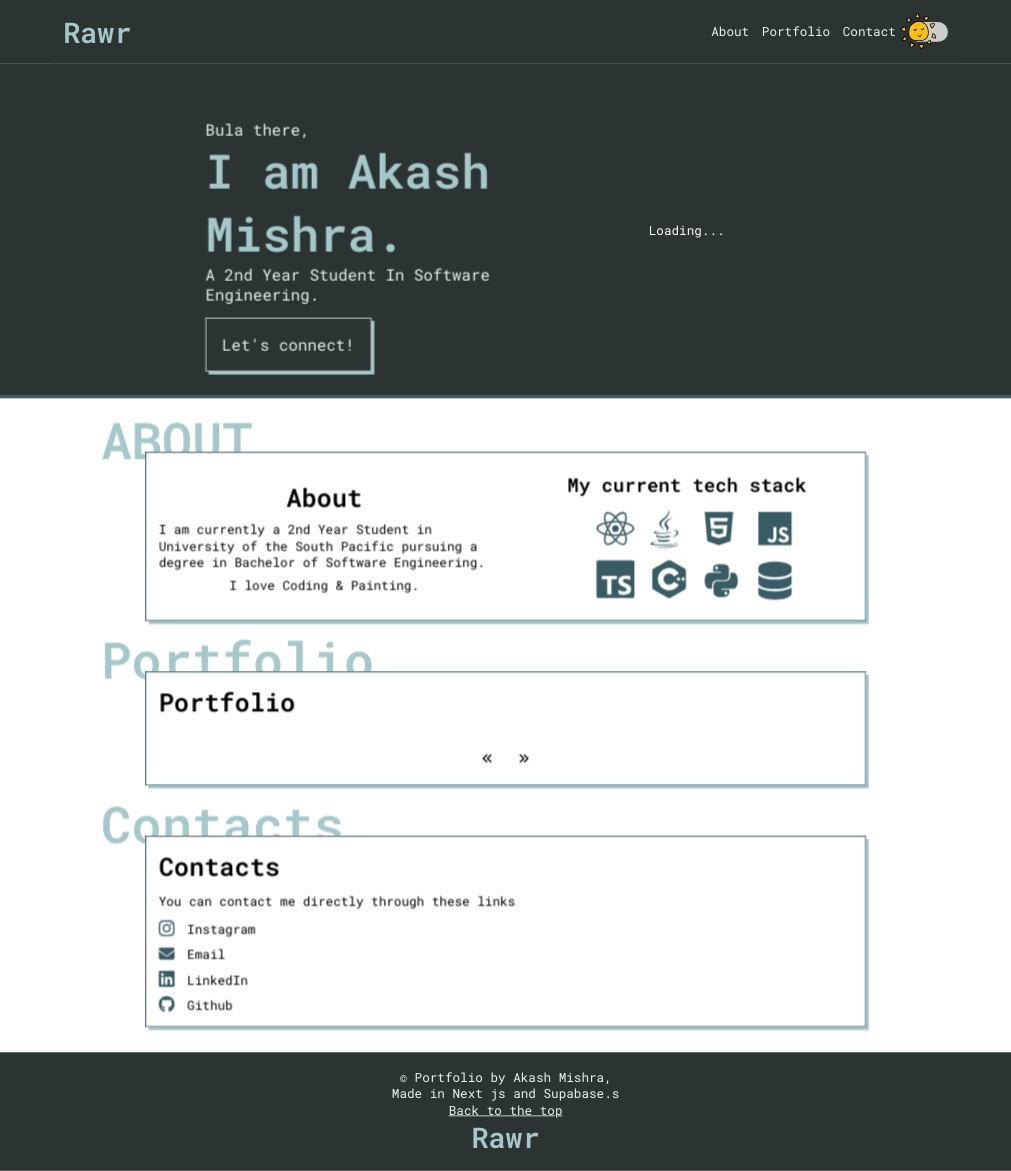
Repository: akashrawr/personal-portfolio
Page: /
These files come from the project's save history. The page is drawn as it stood at one moment and after the next save; the edit follows.
The browser window is 1280 px wide. The pictures show the whole page, at 79% of full size.
The page's requests for data from a server got no answer. The project was rebuilt for these pictures with package versions that can differ from the ones it lists, and the page was loaded fresh each time. The framework's server and built-in components were replaced by stand-ins that run in the browser. No one was signed in, and anything a server would have sent is missing. Also part of the build but not shown: next.config.ts.

Above is the page before, as saved 2025-01-02 21:23:35.

### app/layout.tsx
import type { Metadata } from "next";
import { Geist, Geist_Mono } from "next/font/google";
import "./globals.css";

const geistSans = Geist({
  variable: "--font-geist-sans",
  subsets: ["latin"],
});

const geistMono = Geist_Mono({
  variable: "--font-geist-mono",
  subsets: ["latin"],
});

export const metadata: Metadata = {
  title: "akashrawr",
  description: "Personal Portfolio",
};

export default function RootLayout({
  children,
}: Readonly<{
  children: React.ReactNode;
}>) {
  return (
    <html lang="en" translate="no"> {/* Prevent translation of the entire page */}
      <head>
        <meta charSet="UTF-8" />
        <meta httpEquiv="Content-Language" content="en" /> {/* Explicitly set content language */}
        <meta name="google" content="notranslate" /> {/* Inform Google to not translate */}
        <link rel="icon" href="/rawr.ico" type="image/x-icon" />
        <title>akashrawr</title>
        <meta name="description" content="My Personal Portfolio" />
      </head>
      <body className={`${geistSans.variable} ${geistMono.variable} antialiased`}>
        <div className="notranslate">
          {children}
        </div>
      </body>
    </html>
  );
}

### app/page.tsx
"use client"; // Enables client-side functionality
import React, { useState, useEffect } from "react";
import AOS from "aos";
import "aos/dist/aos.css";
import "./globals.css"; // Import global styles

// Import components
import Header from "./components/Header";
import Hero from "./components/Hero";
import About from "./components/About";
import Portfolio from "./components/Portfolio";
import Contact from "./components/Contact";
import Footer from "./components/Footer";

const Page: React.FC = () => {
  useEffect(() => {
    AOS.init({ once: true, delay: 0 });
  }, []);

  const [isNavVisible, setIsNavVisible] = useState(false);
  const [darkMode, setDarkMode] = useState(false);

  const toggleNav = () => {
    setIsNavVisible(!isNavVisible);
  };

  const toggleDarkMode = () => {
    setDarkMode(!darkMode);
    document.body.classList.toggle("dark-mode", !darkMode);
  };

  return (
    <div>
      <Header
        isNavVisible={isNavVisible}
        toggleNav={toggleNav}
        darkMode={darkMode}
        toggleDarkMode={toggleDarkMode}
      />
      <main>
        <Hero />
        <About />
        <Portfolio />
        <Contact />
      </main>
      <Footer />
    </div>
  );
};

export default Page;

### app/components/Hero.tsx
import React, { useEffect, useState } from 'react';
import supabase from '../utils/supabaseClient';  // Adjust path if in 'utils'
import Image from 'next/image';  // Import Image from next/image

function Hero() {
  const [heroImage, setHeroImage] = useState<string | null>(null);

  useEffect(() => {
    const fetchHeroImage = async () => {
      const { data, error } = await supabase
        .from('hero')  // Table name is 'hero'
        .select('image_path')        // Only selecting 'image_path' column
        .limit(1);                   // Limiting to only one result (first row)

      if (error) {
        console.error('Error fetching hero image:', error);
      } else {
        setHeroImage(data?.[0]?.image_path || null);
      }
    };

    fetchHeroImage();
  }, [supabase]); // Including 'supabase' as a dependency

  return (
    <section id="hero">
      <div className="hero-main-container">
        {/* Text and Button Container */}
        <div className="hero-container">
          <div className="hero-text-container" data-aos="fade-up">
            <p>Bula there,</p>
            <h2>I am Akash Mishra.</h2>
            <p>A 2nd Year Student In Software Engineering.</p>
          </div>
          <a href="#contact" className="hero-button" data-aos="fade-up">
            Let&apos;s connect!
          </a>
        </div>

        {/* Image Container */}
        <div className="hero-img" data-aos="fade-up">
          {heroImage ? (
            <Image
              className="hero-image"
              src={heroImage}
              alt="Akash"
              layout="responsive"
              width={500}
              height={500}
            />
          ) : (
            <p>Loading...</p>
          )}
        </div>
      </div>
    </section>
  );
}

export default Hero;

### app/components/About.tsx
import React from "react";
import { FontAwesomeIcon } from "@fortawesome/react-fontawesome";
import { faReact, faJava, faHtml5, faJs, faPython } from "@fortawesome/free-brands-svg-icons";
import { SiTypescript, SiCplusplus } from "react-icons/si";
import { faDatabase } from "@fortawesome/free-solid-svg-icons";

const About: React.FC = () => {
  return (
    <section id="about">
      <div className="section-highlight" data-aos="fade-up">
        ABOUT
      </div>
      <div className="about-container" data-aos="fade-up">
        <div className="about-card">
          <section className="about-content">
            <h2>About</h2>
            <p>
              I am currently a 2nd Year Student in University of the South Pacific pursuing a
              degree in Bachelor of Software Engineering.
            </p>
            <p>I love Coding & Painting.</p>
          </section>

          <section className="about-content tech-stack-section">
            <h3>My current tech stack</h3>
            <div className="tech-stack-grid">
              <div className="tech-stack">
                <FontAwesomeIcon icon={faReact} className="about-icon" />
              </div>
              <div className="tech-stack">
                <FontAwesomeIcon icon={faJava} className="about-icon" />
              </div>
              <div className="tech-stack">
                <FontAwesomeIcon icon={faHtml5} className="about-icon" />
              </div>
              <div className="tech-stack">
                <FontAwesomeIcon icon={faJs} className="about-icon" />
              </div>
              <div className="tech-stack">
                <SiTypescript className="about-icon ts-icon" />
              </div>
              <div className="tech-stack">
                <SiCplusplus className="about-icon cpp-icon" />
              </div>
              <div className="tech-stack">
                <FontAwesomeIcon icon={faPython} className="about-icon" />
              </div>
              <div className="tech-stack">
                <FontAwesomeIcon icon={faDatabase} className="about-icon" />
              </div>
            </div>
          </section>
        </div>
      </div>
    </section>
  );
};

export default About;

### app/components/Portfolio.tsx
import React, { useEffect, useState } from 'react';
import { FontAwesomeIcon } from '@fortawesome/react-fontawesome';
import { faGithub } from '@fortawesome/free-brands-svg-icons';
import { faLaptopCode, faAngleDoubleRight, faAnglesLeft } from '@fortawesome/free-solid-svg-icons';
import supabase from '../utils/supabaseClient';  // Adjust path if in 'utils'
import Image from 'next/image'; // Import Image from Next.js

type Project = {
  id: number;
  title: string;
  description: string;
  image_path: string;
  repo_link: string;
  live_demo_link?: string | null;
};

function Portfolio() {
  const [projects, setProjects] = useState<Project[]>([]);
  const [currentPage, setCurrentPage] = useState<number>(1);
  const projectsPerPage = 4;

  useEffect(() => {
    const fetchProjects = async () => {
      const { data, error } = await supabase
        .from('portfolio')  // Table name is 'portfolio'
        .select('*')
        .order('id', { ascending: true }); // Fetch data in ascending order by 'id'

      if (error) {
        console.error('Error fetching projects:', error);
      } else {
        // Sort the projects manually to match your custom order
        const customOrder = [5, 4, 3, 2, 1]; // Custom order for IDs
        const sortedProjects = customOrder.map(id => data?.find(project => project.id === id)).filter(Boolean) as Project[];

        setProjects(sortedProjects);
      }
    };

    fetchProjects();
  }, [supabase]);

  // Calculate total pages
  const totalPages = Math.ceil(projects.length / projectsPerPage);

  // Calculate current projects to display
  const indexOfLastProject = currentPage * projectsPerPage;
  const indexOfFirstProject = indexOfLastProject - projectsPerPage;
  const currentProjects = projects.slice(indexOfFirstProject, indexOfLastProject);

  const handleNext = () => {
    setCurrentPage((prevPage) => (prevPage < totalPages ? prevPage + 1 : prevPage));
  };

  const handlePrevious = () => {
    setCurrentPage((prevPage) => (prevPage > 1 ? prevPage - 1 : prevPage));
  };

  const handlePageClick = (page: number) => {
    setCurrentPage(page);
  };

  return (
    <section id="portfolio">
      <div className="section-highlight" data-aos="fade-up">
        Portfolio
      </div>
      <div className="portfolio-container" data-aos="fade-up">
        <div className="portfolio-card">
          <div className="portfolio-content">
            <h2>Portfolio</h2>
            {/* Project Container */}
            <div className="project-container">
              {currentProjects.map((project) => (
                <section className="project-card" key={project.id}>
                  <Image
                    className="project-img"
                    src={project.image_path}
                    alt={project.title}
                    width={500}
                    height={300}
                    loading="lazy" // Enable lazy loading
                  />
                  <h3>{project.title}</h3>
                  <h5>Project Description</h5>
                  <p>{project.description}</p>
                  <div className="project-card-links">
                    <a href={project.repo_link} className="project-link">
                      <FontAwesomeIcon icon={faGithub} className="project-icons" />
                      Repository
                    </a>
                    {/* Only show Live Demo if the link exists */}
                    {project.live_demo_link && project.live_demo_link !== '' && (
                      <a href={project.live_demo_link} className="project-link">
                        <FontAwesomeIcon icon={faLaptopCode} className="project-icons" />
                        Live Demo
                      </a>
                    )}
                  </div>
                </section>
              ))}
            </div>
            {/* End of Project Container */}

            {/* Pagination Controls */}
            <div className="pagination">
              <a
                href="#!"
                onClick={handlePrevious}
                className={currentPage === 1 ? 'disabled' : ''}
              >
                <FontAwesomeIcon icon={faAnglesLeft} />
              </a>
              {[...Array(totalPages)].map((_, index) => (
                <a
                  key={index + 1}
                  href="#!"
                  onClick={() => handlePageClick(index + 1)}
                  className={currentPage === index + 1 ? 'active' : ''}
                >
                  {index + 1}
                </a>
              ))}
              <a
                href="#!"
                onClick={handleNext}
                className={currentPage === totalPages ? 'disabled' : ''}
              >
                <FontAwesomeIcon icon={faAngleDoubleRight} />
              </a>
            </div>
          </div>
        </div>
      </div>
    </section>
  );
}

export default Portfolio;

### app/components/Contact.tsx
import React from "react";
import { FontAwesomeIcon } from "@fortawesome/react-fontawesome";
import { faInstagram, faGithub, faLinkedin } from "@fortawesome/free-brands-svg-icons";
import { faEnvelope } from "@fortawesome/free-solid-svg-icons";

const Contact: React.FC = () => {
  return (
    <section id="contact">
      <h2 className="section-highlight" data-aos="fade-up">
        Contacts
      </h2>
      <div className="contact-container" data-aos="fade-up">
        <div className="contact-card">
          <h2>Contacts</h2>
          <p>You can contact me directly through these links</p>

          <div className="contact-links">
            <a href="https://www.instagram.com/_acnologxa" className="contact-link">
              <FontAwesomeIcon icon={faInstagram} className="contact-icons" />
              Instagram
            </a>

            <a href="mailto:akashkm553@gmail.com" className="contact-link">
              <FontAwesomeIcon icon={faEnvelope} className="contact-icons" />
              Email
            </a>

            <a href="https://www.linkedin.com/in/akashmishra-rawr" className="contact-link">
              <FontAwesomeIcon icon={faLinkedin} className="contact-icons" />
              LinkedIn
            </a>

            <a href="https://github.com/akashrawr" className="contact-link">
              <FontAwesomeIcon icon={faGithub} className="contact-icons" />
              Github
            </a>
          </div>
        </div>
      </div>
    </section>
  );
};

export default Contact;

### app/components/Footer.tsx
import React from 'react';

const Footer: React.FC = () => {
  return (
    <footer>
      <div className="footer-content">
        © Portfolio by Akash Mishra,  <br />
        Made in Next js and Supabase.s <br />
        <a href="#hero">Back to the top</a>
        <div className="nav-logo">
          <h1>Rawr</h1>
        </div>
      </div>
    </footer>
  );
};

export default Footer;

### app/utils/supabaseClient.ts
import { createClient } from '@supabase/supabase-js';

// Fetch environment variables
const supabaseUrl = process.env.NEXT_PUBLIC_SUPABASE_URL || '';
const supabaseKey = process.env.NEXT_PUBLIC_SUPABASE_KEY || '';

// Initialize the Supabase client
const supabase = createClient(supabaseUrl, supabaseKey);

export default supabase;

Loaded but not shown: app/globals.css (891 lines, source omitted); app/components/Header.tsx (67 lines, source omitted)

After the next save:
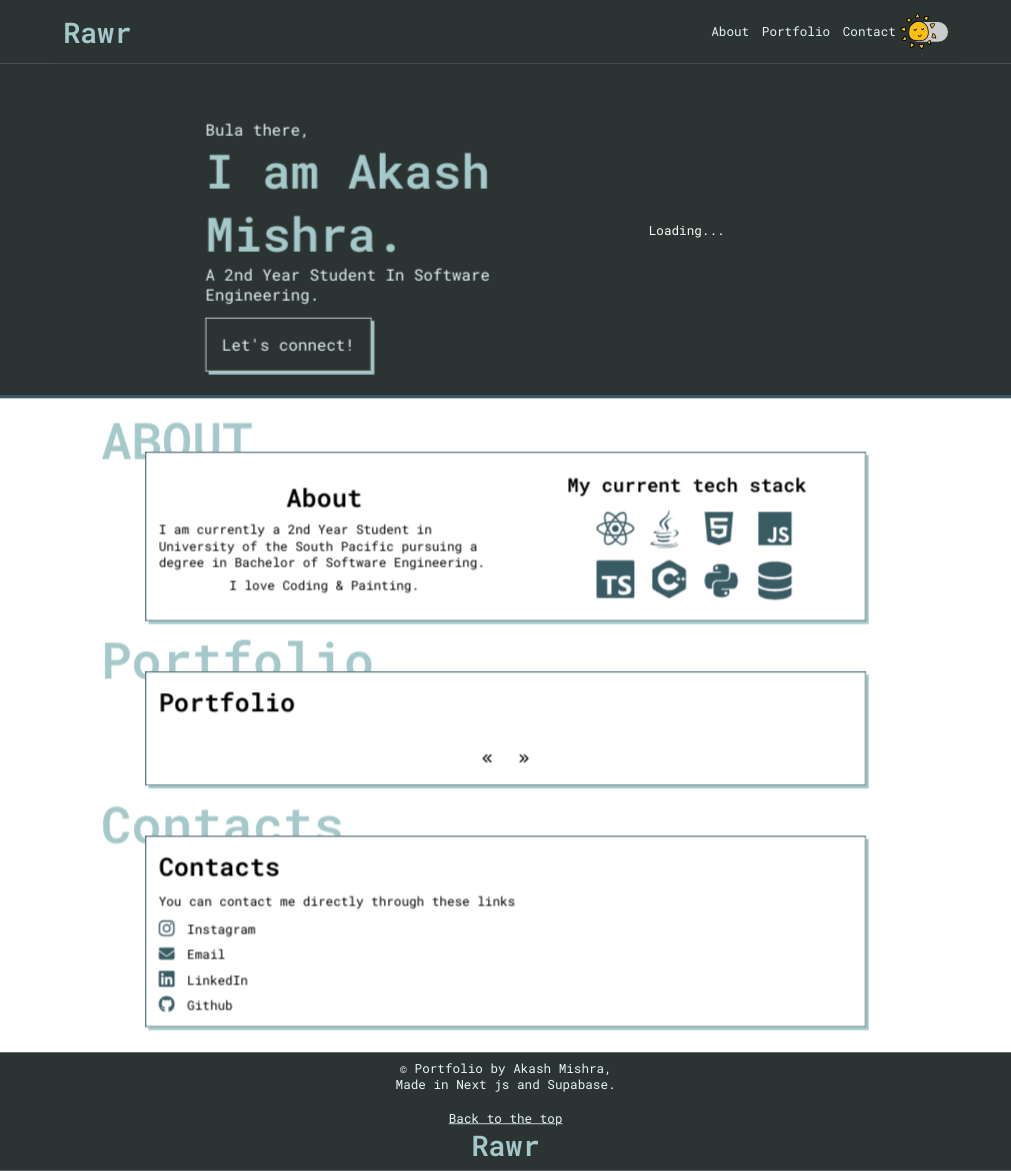
Saved 20 s later.
--- a/app/components/Footer.tsx
+++ b/app/components/Footer.tsx
@@ -5,7 +5,7 @@ const Footer: React.FC = () => {
     <footer>
       <div className="footer-content">
         © Portfolio by Akash Mishra,  <br />
-        Made in Next js and Supabase.s <br />
+        Made in Next js and Supabase. <br /><br />
         <a href="#hero">Back to the top</a>
         <div className="nav-logo">
           <h1>Rawr</h1>
